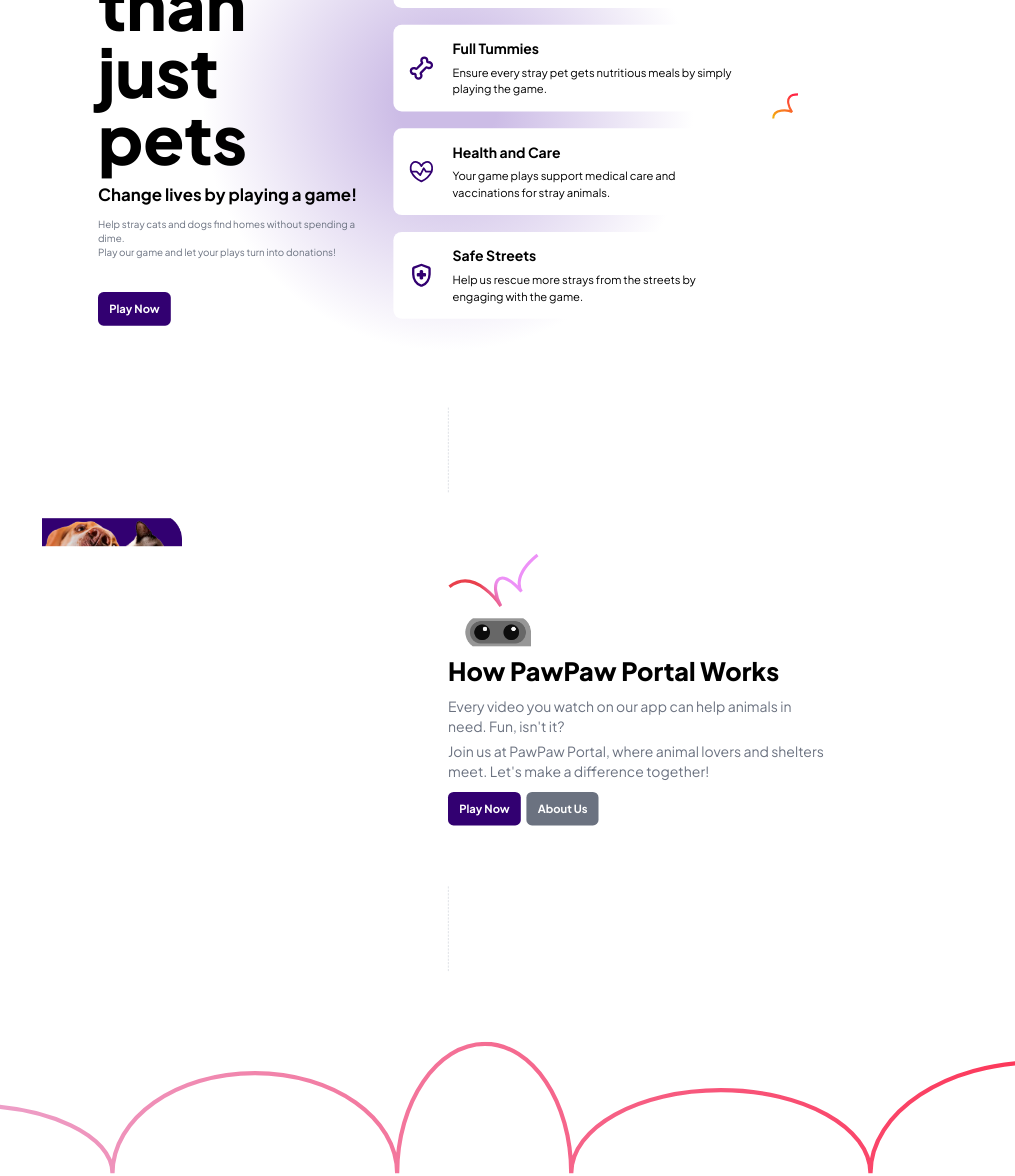
Repository: paskasiregar/pawpawwebsite
Page: /
An editor plug-in stored every save of this project. The page is shown before and after the next save, followed by the edit.
The browser window is 1280 px wide. The page is 1450 px wide, so the pictures cover 1450 px, including what lies to the right of the window. The pictures show the part of the page from y = 356 to 2036 px (the page is 3234 px tall), at 70% of full size.
The project was rebuilt for these pictures with package versions that can differ from the ones it lists, and the page was loaded fresh each time. The framework's server and built-in components were replaced by stand-ins that run in the browser. Also part of the build but not shown: next.config.js, next.config.mjs.

Above is the page before, as saved 2024-07-30 20:32:04.

After the next save:
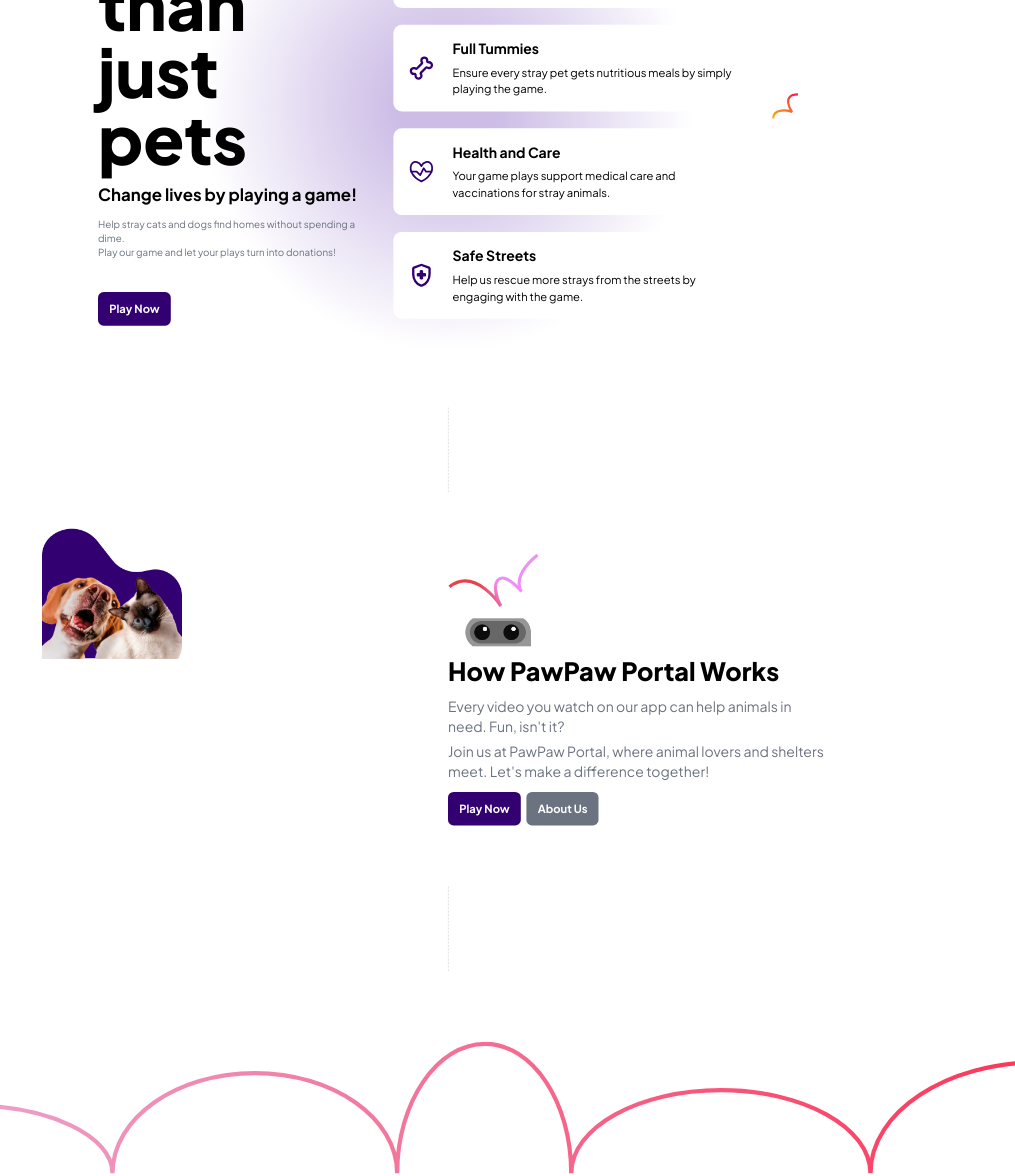
Saved 5 s later.
--- a/src/app/page.js
+++ b/src/app/page.js
@@ -23,7 +23,7 @@ export default async function Home() {
           <div className="self-stretch bg-white flex flex-col md:flex-row">
             <div className="flex-1 relative h-48 md:h-[489px] z-[0]">
               <Image
-                className="w-200 h-10 object-cover"
+                className="w-200 h-auto object-cover"
                 alt="banner"
                 src={bannerImage}
                 width={200}
